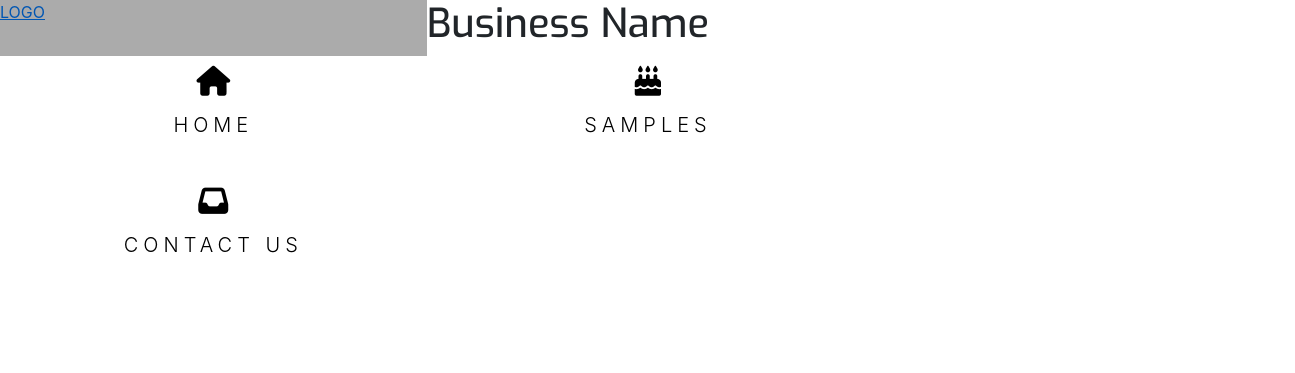
Repository: seanjcarley/Milestone1
Page: index.html
The author's editor kept a record of every edit. The page is drawn from the files as they stood at one moment, then again after the next edit.
The browser window is 1280 px wide. The page is 1280 px wide, then 1295 px, so the pictures cover 1295 px, including what lies to the right of the window. The pictures show the whole page.
Some web libraries are served in a nearby version.

Above is the page before.

### index.html
<!DOCTYPE html>
<html lang="en">

<head>
    <meta charset="UTF-8">
    <meta name="viewport" content="width=device-width, initial-scale=1.0">
    <meta http-equiv="X-UA-Compatible" content="ie=edge">
    <link rel="stylesheet" href="css/style.css" type="text/css" />
    <link rel="stylesheet" href="https://stackpath.bootstrapcdn.com/bootstrap/4.3.1/css/bootstrap.min.css">
    <script src="https://kit.fontawesome.com/d5901c0a36.js" crossorigin="anonymous"></script>
    <title>XXXXX Bakery and Novelty Cakes</title>
</head>

<body>
    <header>
        <div class="row no-gutters">
            <a href="#" class="col-md-4 logo">LOGO</a>
            <div class="col-md-8">
                <h1 class="name">Business Name</h1>
            </div>
        </div>
        <div class="row no-gutters">
            <div class="col">
                <ul id="nav" class="list-inline menucontainer">
                    <li class="col-sm-4 list-inline-item menuitem">
                        <a href="index.html">
                            <i class="fa fa-home" aria-hidden="true"></i>
                            <span>Home</span>
                        </a>
                    </li>
                    <li class="col-sm-4 list-inline-item menuitem">
                        <a href="#">
                            <i class="fa fa-birthday-cake" aria-hidden="true"></i>
                            <span>Samples</span>
                        </a>
                    </li>
                    <li class="col-sm-4 list-inline-item menuitem">
                        <a href="#">
                            <i class="fa fa-inbox" aria-hidden="true"></i>
                            <span>Contact Us</span>
                        </a>
                    </li>
                </ul>
            </div>
        </div>
    </header>
    <section></section>
    <footer></footer>
</body>

</html>

### css/style.css
@import url('https://fonts.googleapis.com/css?family=Roboto:100,200,300,400,500,600,700|Exo:100,200,300,400,500,600,700');

/*----------------------------------------------------------------------------*/
/* Header */
/*----------------------------------------------------------------------------*/

inline-block {

}

.list-inline-item:not(:last-child) {
    margin: 0;
}

.logo {
    background-color: #ababab;
}

.menucontainer {
    font-size: 0;
}

.menuitem {
    height: 120px;
    text-align: center;
    padding: 0;
}

.menuitem a {
    width:100%;
    text-decoration: none;
    color: #000;
    height: 120px;
}

.menuitem a i {
    padding-top: 10px;
    display: inline-block;
    color: #000;
    font-size: 30px
}

.menuitem span {
    display: block;
    width: 100%;
    padding-top: 10px;
    text-align: center;
    text-transform: uppercase;
    font-size: 25;
    font-weight: 300;
    letter-spacing: 5px;
}

.name {
    font-family: "Exo", sans-serif;
}

#nav {
    margin: 0;
}

#nav li {
    font-size: 20px;
    padding: 0;
    display: inline-block;
}

/*----------------------------------------------------------------------------*/
/* Section */
/*----------------------------------------------------------------------------*/



/*----------------------------------------------------------------------------*/
/* Footer */
/*----------------------------------------------------------------------------*/



/*----------------------------------------------------------------------------*/
/* Media Queries */
/*----------------------------------------------------------------------------*/

After the next edit:
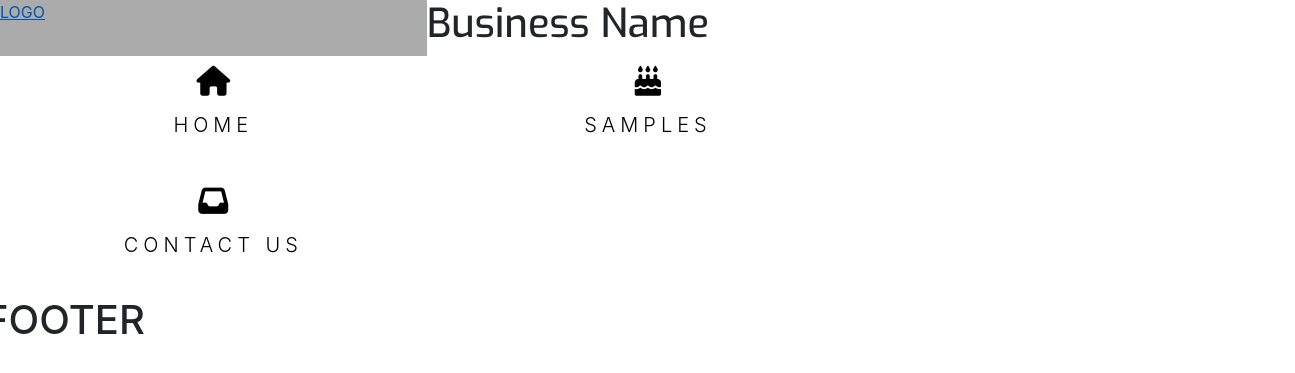
The edit:
--- a/index.html
+++ b/index.html
@@ -44,7 +44,11 @@
             </div>
         </div>
     </header>
-    <section></section>
+    <section>
+        <div class="row">
+            <h1>FOOTER</h1>
+        </div>
+    </section>
     <footer></footer>
 </body>
 
